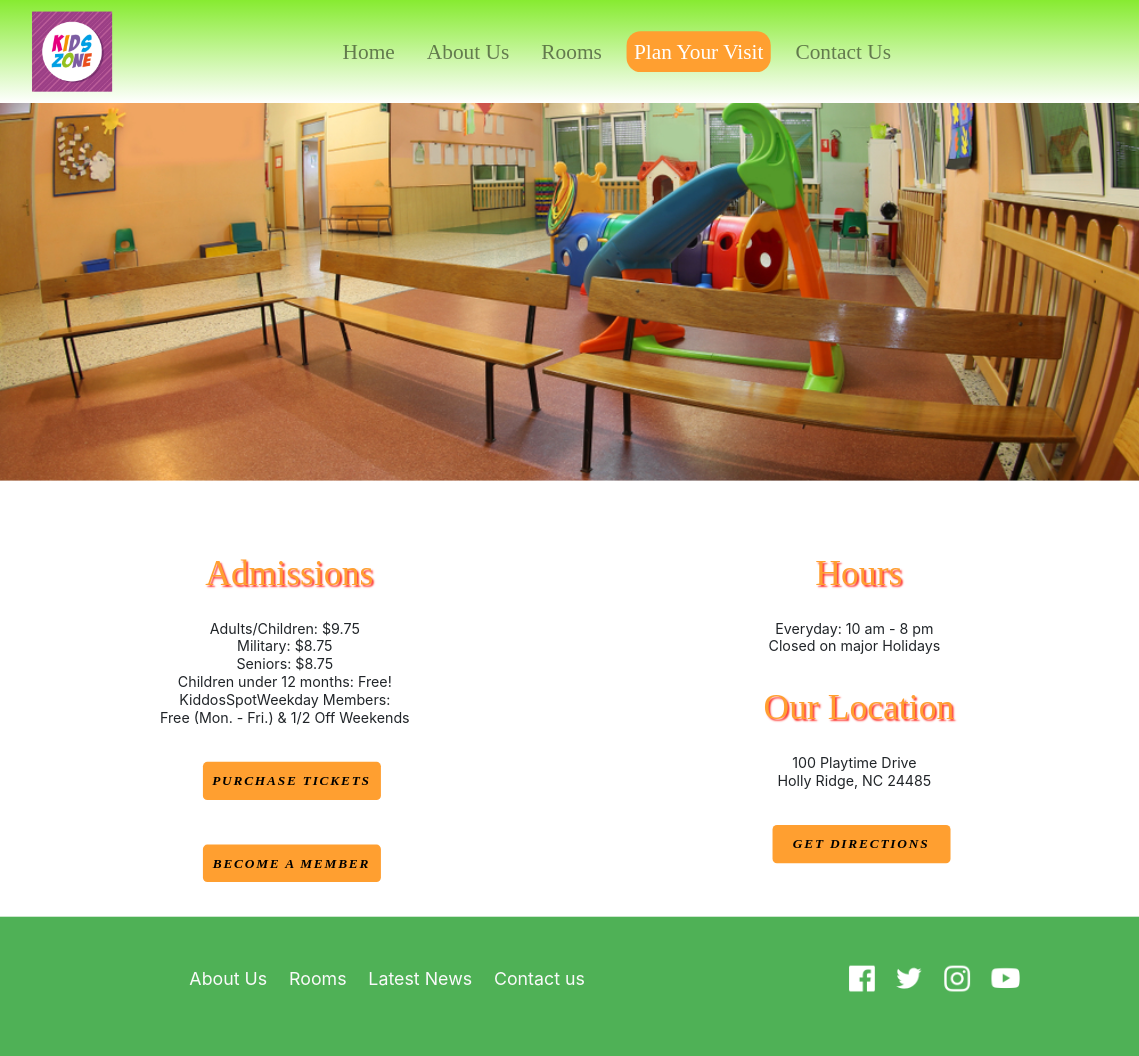
Repository: Code-Institute-Submissions/my-first-frontend-milestone-project
Page: planyourvisit.html
The author's editor kept a record of every edit. The page is drawn from the files as they stood at one moment, then again after the next edit.
The browser window is 1280 px wide. The pictures show the whole page, at 89% of full size.
Some web fonts or font styles are not loaded; a fallback is used.

Above is the page before.

### planyourvisit.html
<!DOCTYPE html>
<html lang="en">

<head>
    <meta charset="UTF-8">
    <meta name="viewport" content="width=device-width, initial-scale=1.0">
    <meta http-equiv="X-UA-Compatible" content="ie=edge">
    <script src="https://code.jquery.com/jquery-3.3.1.slim.min.js" integrity="sha384-q8i/X+965DzO0rT7abK41JStQIAqVgRVzpbzo5smXKp4YfRvH+8abtTE1Pi6jizo" crossorigin="anonymous"></script>
    <script src="https://cdnjs.cloudflare.com/ajax/libs/popper.js/1.14.7/umd/popper.min.js" integrity="sha384-UO2eT0CpHqdSJQ6hJty5KVphtPhzWj9WO1clHTMGa3JDZwrnQq4sF86dIHNDz0W1" crossorigin="anonymous"></script>
    <link rel="stylesheet" href="https://stackpath.bootstrapcdn.com/bootstrap/4.3.1/css/bootstrap.min.css" integrity="sha384-ggOyR0iXCbMQv3Xipma34MD+dH/1fQ784/j6cY/iJTQUOhcWr7x9JvoRxT2MZw1T" crossorigin="anonymous">
    <script src="https://stackpath.bootstrapcdn.com/bootstrap/4.3.1/js/bootstrap.min.js" integrity="sha384-JjSmVgyd0p3pXB1rRibZUAYoIIy6OrQ6VrjIEaFf/nJGzIxFDsf4x0xIM+B07jRM" crossorigin="anonymous"></script>
    <link rel="stylesheet" href="https://maxcdn.bootstrapcdn.com/font-awesome/4.7.0/css/font-awesome.min.css" type="text/css" />
    <link rel="stylesheet" href="css/style.css">
    <title>KiddosSpot</title>
</head>

<body>
    <header>
        <!-- Used Bootstrap for basic nav. EGB -->
        <nav class="navbar fixed-top navbar-light
         navbar-expand-lg  navbar-fixed-top navstyle">
            <a class="navbar-brand" href="#">
           <img src="./images/logo.jpg" class="logo" alt="Kid's Spot Logo">
          </a>
            <button class="navbar-toggler" type="button" data-toggle="collapse" data-target="#navbarSupportedContent" aria-controls="navbarSupportedContent" aria-expanded="false" aria-label="Toggle navigation">
              <span class="navbar-toggler-icon"></span>
          </button>
            <div class="collapse navbar-collapse" id="navbarSupportedContent">
                <ul class="nav navbar-nav mr-auto" style=" margin: 0 auto;">
                    <li class="nav-item">
                        <a class="nav-link" href="index.html">Home <span class="sr-only">(current)</span></a>
                    </li>
                    <li class="nav-item">
                        <a class="nav-link about-menu" href="about.html">About Us</a>
                    </li>
                    <li class="nav-item">
                        <a class="nav-link" href="rooms.html">Rooms</a>
                    </li>
                    <li class="nav-item active4">
                        <a class="nav-link" href="planyourvisit.html">Plan Your Visit</a>
                    </li>
                    <li class="nav-item">
                        <a class="nav-link" href="contact.html">Contact Us</a>
                    </li>
            </div>
        </nav>
    </header>

    <section>
        <!-- Bootstrap grid approach for columns -->
        <div class="container-fluid">
            <div class="row">
                <div class="col-12 banner-your-visit"> </div>
            </div>
            <div class = "row">
                <div class= "col-md-6 compact-paragraph">
                    <h2 class="subtitle-plan-your-visit">Admissions</h2>
                    <p>Adults/Children: $9.75</p>
                    <p>Military: $8.75</p>
                    <p>Seniors: $8.75</p>
                    <p>Children under 12 months: Free!</p>
                    <p>KiddosSpotWeekday Members:</p>
                    <p>Free (Mon. - Fri.) & 1/2 Off Weekends</p>
                    <div>
                        <a class="gettickets-btn" href="#"><em>Purchase Tickets</em></a>
                    </div>
                    <div>
                        <a class="gettickets-btn" href="#"><em>Become a member</em></a>
                    </div>
                </div>
                <div class= "col-md-6 compact-paragraph">
                    <h2 class="subtitle-plan-your-visit">Hours</h2>
                    <p>Everyday: 10 am - 8 pm</p>
                    <p>Closed on major Holidays</p>
                    <h2 class="subtitle-plan-your-visit" style="padding-top:15px;">Our Location</h2>
                    <p>100 Playtime Drive</p>
                    <p>Holly Ridge, NC 24485</p>
                    <div>
                        <a class="getdirections-btn" href="#"><em>Get Directions</em></a>
                    </div>
                </div>
            </div>
        </div>
        <!-- container fluid -->
    </section>
    <footer class="container-fluid">
        <div id="footer-details" class="row">
            <div class="col-sm-8">
                <nav id="menu-widget-2">
                    <ul>
                        <li>
                            <a href="about.html">About Us</a></li>
                        <li>
                            <a href="rooms.html">Rooms</a></li>
                        <li>
                            <a href="news.html">Latest News</a></li>
                        <li>
                            <a href="contact.html">Contact us</a></li>
                    </ul>
                </nav>
            </div>
            <div id="social-media" class="col-sm-4">
                <a href="#" target="_blank">
                        <img src="./images/facebook.png">
                </a>
                <a href="#" target="_blank">
                        <img src="./images/twitter.png">
                </a>
                <a href="#" target="_blank">
                        <img src="./images/instagram.png">
                </a>
                <a href="#" target="_blank">
                        <img src="./images/youtube.png">
                </a>
            </div>
        </div>
    </footer>
</body>

</html>

Loaded but not shown: css/style.css (912 lines, source omitted)

After the next edit:
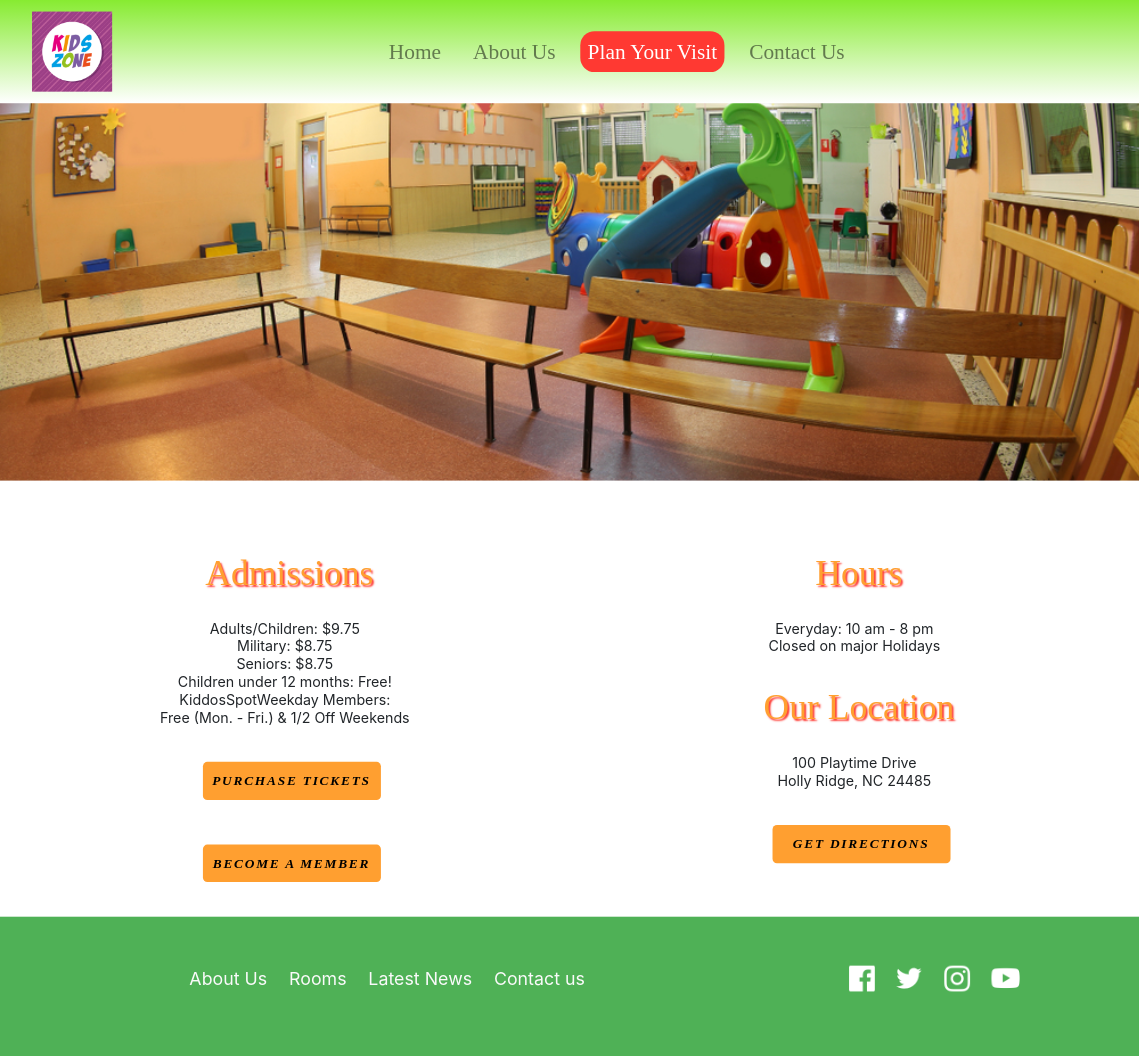
The edit:
--- a/planyourvisit.html
+++ b/planyourvisit.html
@@ -33,10 +33,7 @@
                     <li class="nav-item">
                         <a class="nav-link about-menu" href="about.html">About Us</a>
                     </li>
-                    <li class="nav-item">
-                        <a class="nav-link" href="rooms.html">Rooms</a>
-                    </li>
-                    <li class="nav-item active4">
+                    <li class="nav-item active3">
                         <a class="nav-link" href="planyourvisit.html">Plan Your Visit</a>
                     </li>
                     <li class="nav-item">
